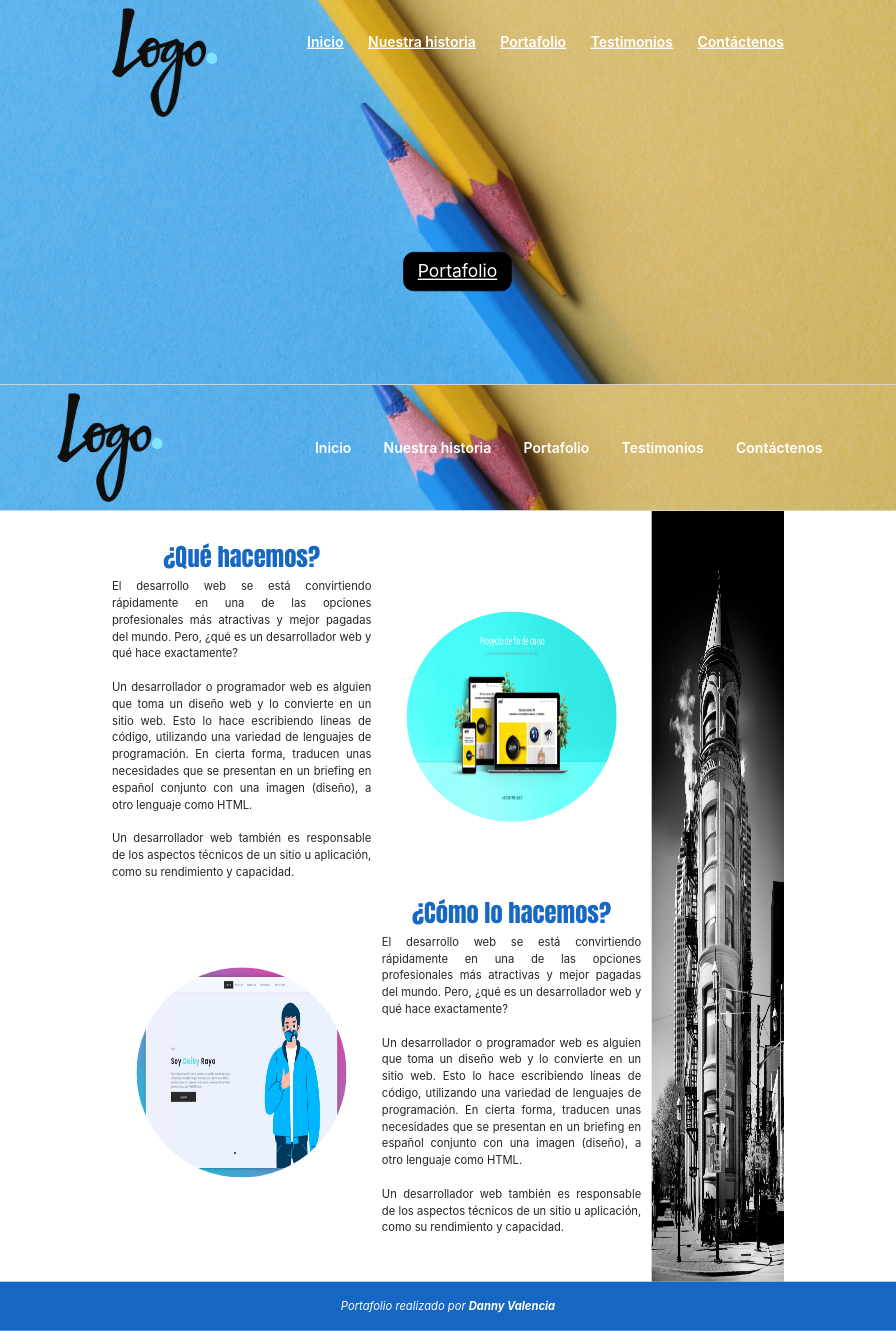
Repository: Dannyval1/Html-portafolio
Page: index.html
An editor plug-in stored every save of this project. The page is shown before and after the next save, followed by the edit.
The browser window is 1280 px wide. The pictures show the whole page, at 70% of full size.

Above is the page before, as saved 2022-02-13 18:21:48.

After the next save:
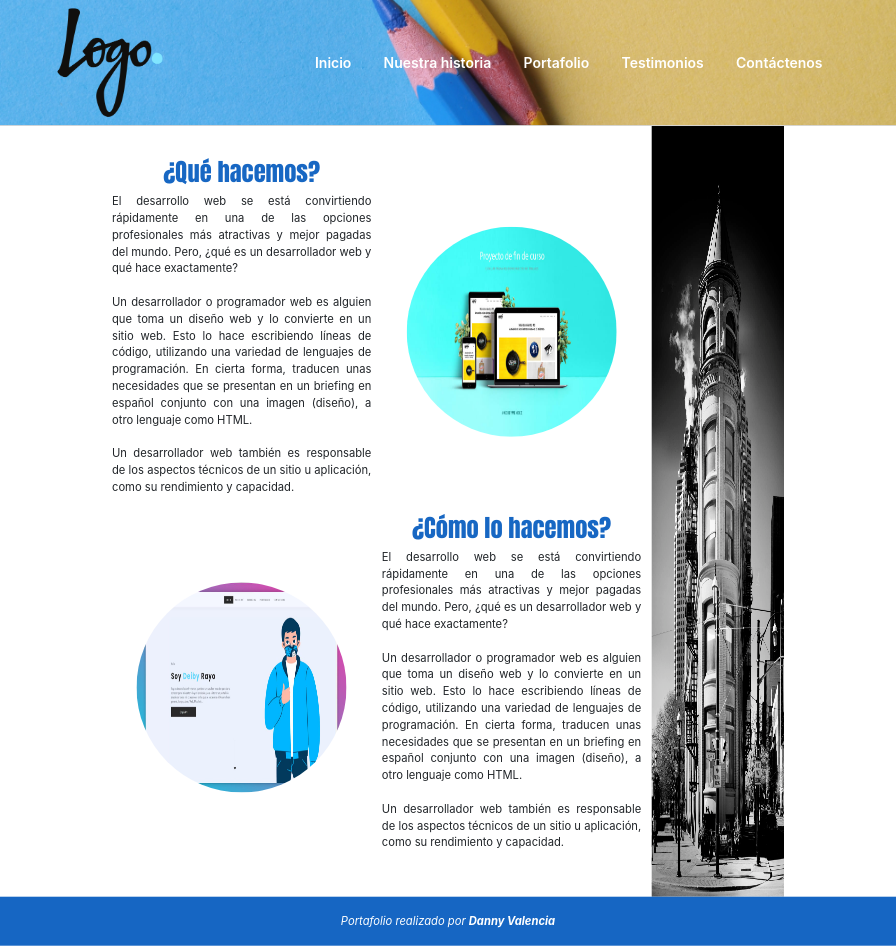
Saved 17 s later.
--- a/index.html
+++ b/index.html
@@ -19,38 +19,6 @@
     ></script>
   </head>
   <body>
-    <header id="header">
-      <div class="center">
-        <div id="logo">
-          <img
-            src="./assets/images/logo-danny.png"
-            class="app-logo"
-            alt="Logo"
-            width="150"
-          />
-        </div>
-        <nav id="menu">
-          <ul>
-            <li>
-              <a href="index.html">Inicio</a>
-            </li>
-            <li>
-              <a href="historia.html">Nuestra historia</a>
-            </li>
-            <li>
-              <a href="portafolio.html">Portafolio</a>
-            </li>
-            <li>
-              <a href="testimonios.html">Testimonios</a>
-            </li>
-            <li>
-              <a href="contactenos.html">Contáctenos</a>
-            </li>
-          </ul>
-        </nav>
-        <a href="portafolio.html" class="btn-portfolio">Portafolio</a>
-      </div>
-    </header>
     <nav class="navbar navbar-expand-lg" id="header-two">
       <div class="container">
         <a class="navbar-brand" href="#">
